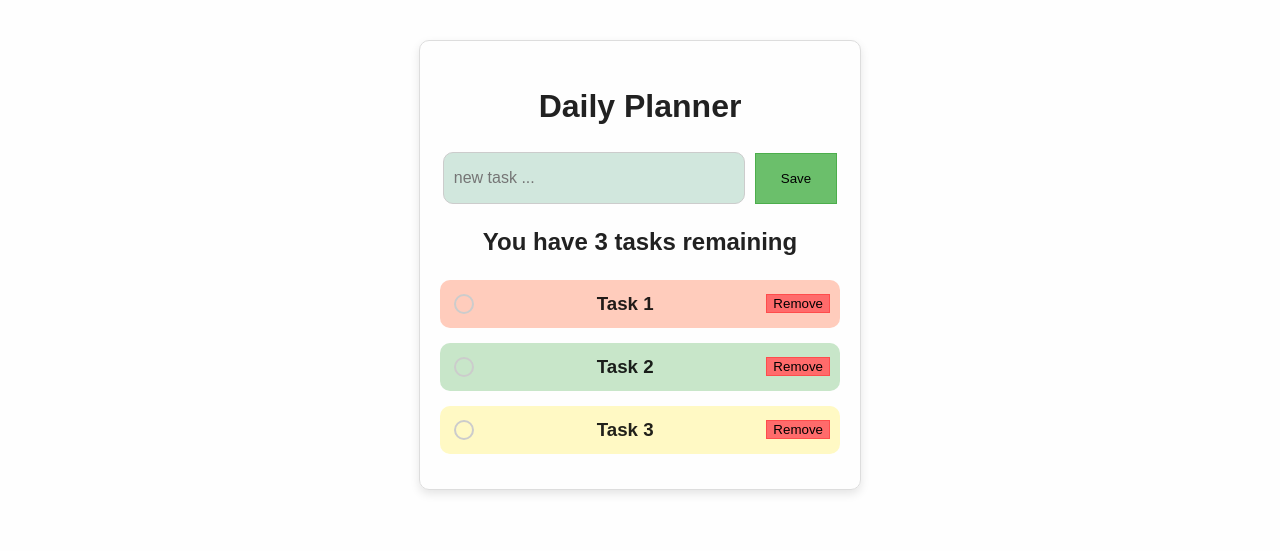
Repository: Zalida-Khan/Frontend-Lab4
Page: /
The author's editor kept a copy of each file at every save. The page is drawn from the files as they stood at one save, then again after the next save.
The browser window is 1280 px wide. The pictures show the whole page.
The project was rebuilt for these pictures with package versions that can differ from the ones it lists, and the page was loaded fresh each time. Also part of the build but not shown: vite.config.js.

Above is the page before, as saved 2024-10-22 00:24:48.

### index.html
<!doctype html>
<html lang="en">

<head>
  <meta charset="UTF-8" />
  <link rel="icon" type="image/svg+xml" href="/vite.svg" />
  <meta name="viewport" content="width=device-width, initial-scale=1.0" />
  <title>Day Planner</title>
</head>

<body>
  <div id="root"></div>
  <script type="module" src="/src/main.jsx"></script>
</body>

</html>

### src/App.jsx
import "./App.css";
import React, { useState } from "react";
import Task from "./components/Task";
import TaskForm from "./components/TaskForm";

function App() {
  const [tasks, setTasks] = useState([
    { id: 1, text: "Task 1", completed: false },
    { id: 2, text: "Task 2", completed: false },
    { id: 3, text: "Task 3", completed: false },
  ]);

  const addTask = (text) =>
    setTasks([...tasks, { id: Date.now(), text, completed: false }]);

  const toggleTask = (id) =>
    setTasks(
      tasks.map((task) =>
        task.id === id ? { ...task, completed: !task.completed } : task
      )
    );

  const removeTask = (id) => setTasks(tasks.filter((task) => task.id !== id));

  const remainingTasks = tasks.filter((task) => !task.completed).length;

  return (
    <div className="app">
      <header>
        <h1>Daily Planner</h1>
      </header>
      <TaskForm addTask={addTask} />
      <h2>You have {remainingTasks} tasks remaining</h2>
      <div className="task-list">
        {tasks.map((task) => (
          <Task
            key={task.id}
            task={task}
            toggleTask={toggleTask}
            removeTask={removeTask}
          />
        ))}
      </div>
    </div>
  );
}

export default App;

### src/index.css
:root {
  font-family: Inter, system-ui, Avenir, Helvetica, Arial, sans-serif;
  line-height: 1.5;
  font-weight: 400;

  color-scheme: light dark;
  color: rgba(0, 0, 0, 0.87);
  background-color: #fefefe;

  font-synthesis: none;
  text-rendering: optimizeLegibility;
  -webkit-font-smoothing: antialiased;
  -moz-osx-font-smoothing: grayscale;
}

### src/App.css
#root {
  max-width: 1280px;
  margin: 0 auto;
  padding: 2rem;
  text-align: center;
}

.app {
  width: 400px;
  margin: 0 auto;
  padding: 20px;
  font-family: Arial, sans-serif;
  border: 1px solid #ddd;
  border-radius: 10px;
  box-shadow: 0 4px 10px rgba(0, 0, 0, 0.1);
}

.task-list {
  margin-top: 20px;
}

.task {
  display: flex;
  align-items: center;
  justify-content: space-between;
  margin-bottom: 15px;
  padding: 10px;
  border-radius: 10px;
  background-color: #ffccbc;
}

.task:nth-child(6n+2) { background-color: #c8e6c9; }
.task:nth-child(6n+3) { background-color: #fff9c4; }
.task:nth-child(6n+4) { background-color: #ffcdd2; }
.task:nth-child(6n+5) { background-color: #e1bee7; }
.task:nth-child(6n)   { background-color: #bbdefb; }

.task h3 {
  margin: 0;
  flex-grow: 1;
  text-decoration: none;
}

.task.completed h3 {
  text-decoration: line-through;
}

.checkmark {
  appearance: none;
  width: 20px;
  height: 20px;
  border-radius: 50%;
  border: 2px solid #ccc;
  cursor: pointer;
  margin-right: 10px;
}

.checkmark:checked {
  background-color: #d1e7dd;
  border: 2px solid #198754;
}

.checkmark:checked::after {
  content: '✓';
  color: white;
}

.btn {
  padding: 8px 12px;
  border-radius: 12px;
  color: white;
  cursor: pointer;
  font-size: 14px;
  transition: background-color 0.3s, transform 0.2s;
}

.delete-btn {
  background-color: #ff6b6b;
  border: 1px solid #ff4c4c;
}

.delete-btn:hover {
  background-color: #ff4c4c;
  transform: scale(1.05);
}

.save-btn {
  padding: 17px 25px;
  background-color: #6bbf6b;
  border: 1px solid #4cae4c;
}

.save-btn:hover {
  background-color: #4cae4c;
  transform: scale(1.05);
}

.input-field {
  width: 70%;
  height: 30px;
  padding: 10px;
  border-radius: 10px;
  background-color: #d1e7dd;
  margin-right: 10px;
  border: 1px solid #ccc;
  font-size: 16px;
  color: black;
  transition: border-color 0.3s;
}

.input-field:focus {
  border-color: #198754;
}

### src/components/Task.jsx
import React from 'react';

function Task({ task, toggleTask, removeTask }) {
  return (
    <div className={`task ${task.completed ? 'completed' : ''}`}>
      <input className="checkmark" type="checkbox" checked={task.completed} onChange={() => toggleTask(task.id)} />
      <h3>{task.text}</h3>
      <button className="delete-btn" onClick={() => removeTask(task.id)}>Remove</button>
    </div>
  );
}

export default Task;

### src/components/TaskForm.jsx
import React, { useState } from 'react';

function TaskForm({ addTask }) {
  const [text, setText] = useState('');

  const handleSubmit = (e) => {
    e.preventDefault();
    if (text.trim()) {
      addTask(text);
      setText('');
    }
  };

  return (
    <form onSubmit={handleSubmit}>
      <input className="input-field" type="text" value={text} onChange={(e) => setText(e.target.value)} placeholder="new task ..." />
      <button className="save-btn" type="submit">Save</button>
    </form>
  );
}

export default TaskForm;

Loaded but not shown: src/main.jsx (common file)

After the next save:
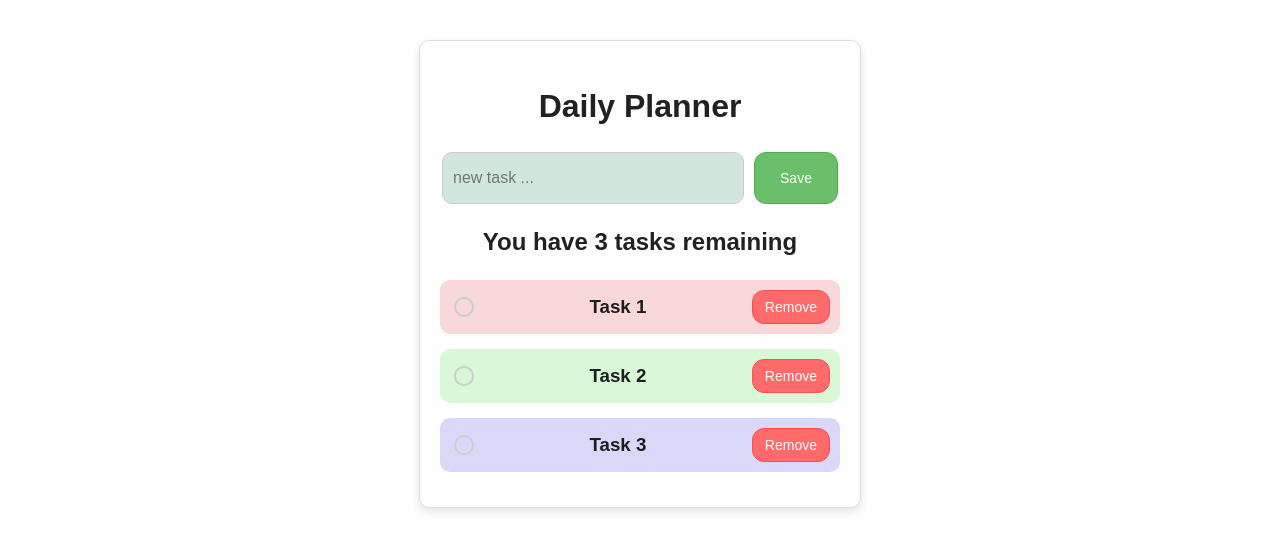
Saved 35 s later.
--- a/src/App.css
+++ b/src/App.css
@@ -26,14 +26,31 @@
   margin-bottom: 15px;
   padding: 10px;
   border-radius: 10px;
-  background-color: #ffccbc;
 }
 
-.task:nth-child(6n+2) { background-color: #c8e6c9; }
-.task:nth-child(6n+3) { background-color: #fff9c4; }
-.task:nth-child(6n+4) { background-color: #ffcdd2; }
-.task:nth-child(6n+5) { background-color: #e1bee7; }
-.task:nth-child(6n)   { background-color: #bbdefb; }
+.task:nth-child(6n+1) {
+  background-color: #f8d8d9;
+}
+
+.task:nth-child(6n+2) {
+  background-color: #d8f8d8;
+}
+
+.task:nth-child(6n+3) {
+  background-color: #d9d8f8;
+}
+
+.task:nth-child(6n+4) {
+  background-color: #f8e1d8;
+}
+
+.task:nth-child(6n+5) {
+  background-color: #e1f8d8;
+}
+
+.task:nth-child(6n) {
+  background-color: #d8e1f8;
+}
 
 .task h3 {
   margin: 0;
@@ -51,6 +68,10 @@
   height: 20px;
   border-radius: 50%;
   border: 2px solid #ccc;
+  background-color: transparent;
+  display: flex;
+  align-items: center;
+  justify-content: center;
   cursor: pointer;
   margin-right: 10px;
 }
@@ -65,18 +86,15 @@
   color: white;
 }
 
-.btn {
+.delete-btn {
   padding: 8px 12px;
   border-radius: 12px;
+  background-color: #ff6b6b;
+  border: 1px solid #ff4c4c;
   color: white;
   cursor: pointer;
   font-size: 14px;
   transition: background-color 0.3s, transform 0.2s;
-}
-
-.delete-btn {
-  background-color: #ff6b6b;
-  border: 1px solid #ff4c4c;
 }
 
 .delete-btn:hover {
@@ -86,8 +104,13 @@
 
 .save-btn {
   padding: 17px 25px;
+  border-radius: 12px;
   background-color: #6bbf6b;
   border: 1px solid #4cae4c;
+  color: white;
+  cursor: pointer;
+  font-size: 14px;
+  transition: background-color 0.3s, transform 0.2s;
 }
 
 .save-btn:hover {
@@ -104,6 +127,7 @@
   margin-right: 10px;
   border: 1px solid #ccc;
   font-size: 16px;
+  outline: none;
   color: black;
   transition: border-color 0.3s;
 }
